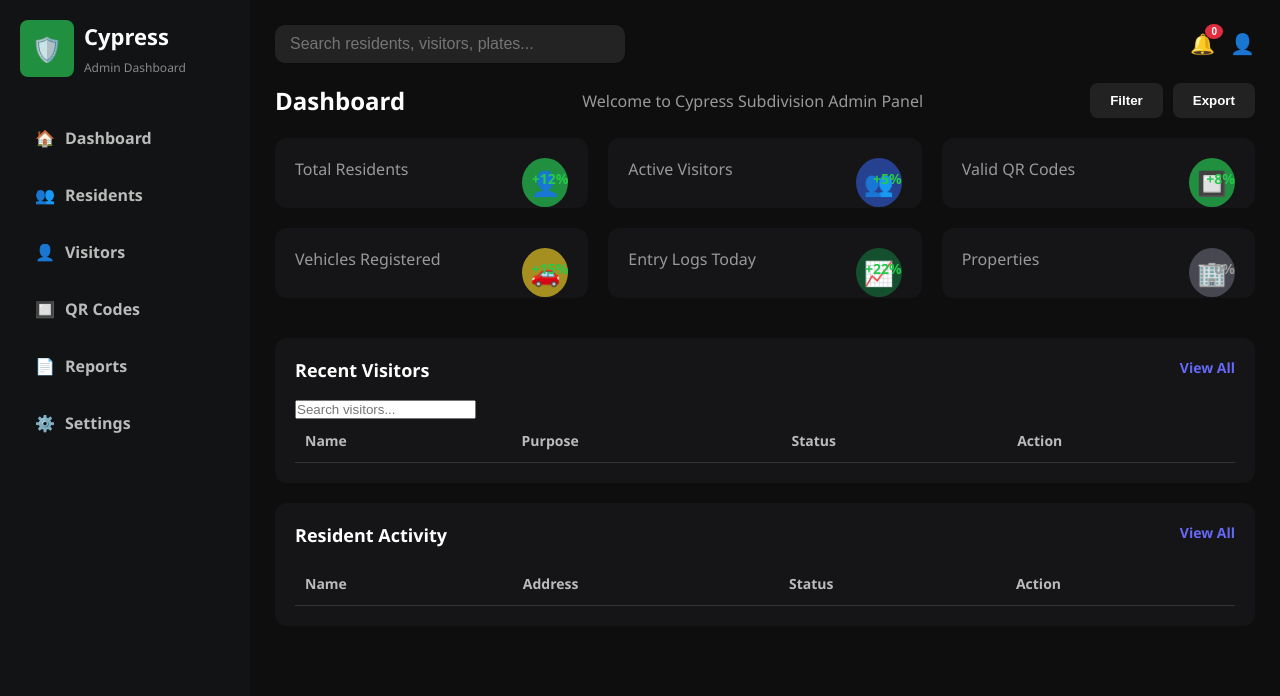
Repository: camuramon/my-project
Page: templates/admin/dashboard.html
An editor plug-in stored every save of this project. The page is shown before and after the next save, followed by the edit.
The browser window is 1280 px wide. The pictures show the whole page.
The template is drawn by Flask 3. The application's start-up code is not run. Other server files are loaded and not shown. The template is opened directly, without the code that normally fills it, so the values that code supplies are empty.

Above is the page before, as saved 2025-09-06 21:56:12.

### templates/admin/dashboard.html
<!DOCTYPE html>
<html lang="en">
<head>
  <meta charset="UTF-8" />
  <meta name="viewport" content="width=device-width, initial-scale=1.0" />
  <title>Cypress Admin Dashboard</title>
  <link rel="stylesheet" href="{{ url_for('static', filename='css/admin.css') }}">
  <link href="https://cdnjs.cloudflare.com/ajax/libs/font-awesome/6.0.0-beta3/css/all.min.css" rel="stylesheet" />
</head>
<body>
<div class="container">
  <aside class="sidebar">
    <div class="logo">
      <div class="icon">🛡️</div>
      <div class="title">
        <h2>Cypress</h2>
        <span>Admin Dashboard</span>
      </div>
    </div>
    <nav>
      <ul class="sidebar-menu">
        <li class="{% if request.path == url_for('admin_dashboard') %}active{% endif %}">
          <a href="{{ url_for('admin_dashboard') }}"><span class="icon">🏠</span> Dashboard</a>
        </li>
        <li class="{% if request.path == url_for('admin_residents') %}active{% endif %}">
          <a href="{{ url_for('admin_residents') }}"><span class="icon">👥</span> Residents</a>
        </li>
        <li class="{% if request.path == url_for('admin_visitors') %}active{% endif %}">
          <a href="{{ url_for('admin_visitors') }}"><span class="icon">👤</span> Visitors</a>
        </li>
        <li><a href="#"><span class="icon">🔲</span> QR Codes</a></li>
        <li class="{% if request.path == url_for('admin_reports') %}active{% endif %}">
          <a href="{{ url_for('admin_reports') }}"><span class="icon">📄</span> Reports</a>
        </li>
        <li class="{% if request.path == url_for('admin_settings') %}active{% endif %}">
          <a href="{{ url_for('admin_settings') }}"><span class="icon">⚙️</span> Settings</a>
        </li>
      </ul>
    </nav>
  </aside>

  <main class="main-content">
    <header class="top-bar">
      <div class="search-bar">
        <input type="search" placeholder="Search residents, visitors, plates..." />
      </div>
      <div class="top-icons">
        <button class="icon-btn">🔔<span class="notification-count">{{ notifications|length }}</span></button>
        <button class="icon-btn">👤</button>
      </div>
    </header>

    <section class="dashboard-header">
      <h1>Dashboard</h1>
      <p>Welcome to Cypress Subdivision Admin Panel</p>
      <div class="actions">
        <button class="filter-btn">Filter</button>
        <button class="export-btn">Export</button>
      </div>
    </section>

    <section class="stats-cards">
      <div class="card">
    <p>Total Residents</p>
    <h2>{{ total_residents }}</h2>
    <div class="card-icon green">👤</div>
    <span class="percentage positive">+12%</span>
</div>

<div class="card">
    <p>Active Visitors</p>
    <h2>{{ active_visitors }}</h2>
    <div class="card-icon blue">👥</div>
    <span class="percentage positive">+5%</span>
</div>

<div class="card">
    <p>Valid QR Codes</p>
    <h2>{{ valid_qr_codes }}</h2>
    <div class="card-icon green">🔲</div>
    <span class="percentage positive">+8%</span>
</div>

<div class="card">
    <p>Vehicles Registered</p>
    <h2>{{ total_vehicles }}</h2>
    <div class="card-icon yellow">🚗</div>
    <span class="percentage positive">+15%</span>
</div>

<div class="card">
    <p>Entry Logs Today</p>
    <h2>{{ entry_logs_today }}</h2>
    <div class="card-icon green-dark">📈</div>
    <span class="percentage positive">+22%</span>
</div>

<div class="card">
    <p>Properties</p>
    <h2>{{ total_properties }}</h2>
    <div class="card-icon gray">🏢</div>
    <span class="percentage neutral">0%</span>
</div>

    </section>

    <section class="tables-section">
      <div class="table-container">
        <h3>Recent Visitors <a href="#" class="view-all">View All</a></h3>
        <input type="text" id="visitorSearch" placeholder="Search visitors..." />
        <table id="visitorTable">
          <thead>
            <tr>
              <th>Name</th>
              <th>Purpose</th>
              <th>Status</th>
              <th>Action</th>
            </tr>
          </thead>
          <tbody>
            {% for visitor in visitors %}
            <tr>
              <td><strong>{{ visitor.fullName }}</strong></td>
              <td>{{ visitor.purpose }}</td>
              <td>
                <span class="status {% if visitor.status == 'Active' %}active{% else %}expired{% endif %}">
                  {{ visitor.status }}
                </span>
              </td>
              <td>👁️</td>
            </tr>
            {% endfor %}
          </tbody>
        </table>
      </div>

      <div class="table-container">
        <h3>Resident Activity <a href="#" class="view-all">View All</a></h3>
        <table>
          <thead>
            <tr>
              <th>Name</th>
              <th>Address</th>
              <th>Status</th>
              <th>Action</th>
            </tr>
          </thead>
          <tbody>
            {% for resident in residents %}
            <tr>
              <td><strong>{{ resident.fullName }}</strong></td>
              <td>{{ resident.address }}</td>
              <td><span class="status {% if resident.status == 'Active' %}active{% else %}suspended{% endif %}">{{ resident.status }}</span></td>
              <td>👁️</td>
            </tr>
            {% endfor %}
          </tbody>
        </table>
      </div>
    </section>
  </main>
  <script src="{{ url_for('static', filename='js/admin.js') }}"></script>
</body>
</html>

### static/css/admin.css
/* ===========================
   GENERAL RESET & BASE STYLES
=========================== */


* {
    box-sizing: border-box;
    margin: 0;
    padding: 0;
}

body {
    font-family: 'Segoe UI', Tahoma, Geneva, Verdana, sans-serif;
    background-color: #0e0e0f;
    color: #ddd;
    display: flex;
    min-height: 100vh;
}
html, body {
    height: 100%;
    width: 100%;
    margin: 0;
    padding: 0;
    overflow-x: hidden;
}

.container {
    display: flex;
    width: 100%;
    height: 100vh;
}


/* ===========================
   SIDEBAR
=========================== */
.sidebar {
    width: 250px;
    height: 100vh;
    background-color: #121314;
    padding: 20px;
    flex-shrink: 0;
}


.logo {
    display: flex;
    align-items: center;
    margin-bottom: 40px;
}

.logo .icon {
    background-color: #208f3f;
    padding: 12px;
    border-radius: 8px;
    font-size: 24px;
    color: white;
    margin-right: 10px;
}

.logo .title h2 {
    font-weight: 700;
    color: white;
    margin-bottom: 4px;
}

.logo .title span {
    font-size: 12px;
    color: #888;
}

.sidebar-menu {
    list-style: none;
    padding: 0;
}

.sidebar-menu li {
    margin: 15px 0;
}

.sidebar-menu li a {
    text-decoration: none;
    color: #bbb;
    font-weight: 600;
    display: flex;
    align-items: center;
    gap: 10px;
    font-size: 16px;
}

.sidebar-menu li a i {
    font-size: 18px;
}

.sidebar-menu li a {
    text-decoration: none;
    color: #bbb;
    font-weight: 600;
    display: flex;
    align-items: center;
    gap: 10px;
    font-size: 16px;
    padding: 10px 15px;
    border-radius: 8px;
    transition: background-color 0.3s ease, color 0.3s ease;
}

.sidebar-menu li.active a {
    background-color: #2a2a2e; /* darker bg for active item */
    color: white;
}

.sidebar-menu li.active a .icon {
    color: white;
}

.sidebar-menu li a:hover {
    background-color: #1d1d1f;
    color: white;
}


/* ===========================
   MAIN CONTENT
=========================== */
.main-content {
    flex-grow: 1;
    overflow-y: auto;
    padding: 25px;
    background-color: #0e0e0f;
}
/* ===========================
   HEADER / TOP BAR
=========================== */
.top-bar, .header {
    display: flex;
    justify-content: space-between;
    align-items: center;
    margin-bottom: 20px;
}

.search-bar input[type="search"] {
    width: 350px;
    padding: 10px 15px;
    border: none;
    border-radius: 10px;
    background-color: #232324;
    color: #ccc;
    font-size: 16px;
}

.top-icons, .header-icons {
    display: flex;
    gap: 15px;
}

.icon-btn, .notification-btn, .user-btn {
    background: none;
    border: none;
    color: #ccc;
    font-size: 20px;
    position: relative;
    cursor: pointer;
}

.notification-count {
    position: absolute;
    top: -8px;
    right: -8px;
    background-color: #e02e41;
    font-size: 10px;
    padding: 2px 6px;
    border-radius: 50%;
    color: white;
}

/* ===========================
   DASHBOARD HEADER & ACTIONS
=========================== */
.dashboard-header, .resident-section .sub-header {
    display: flex;
    justify-content: space-between;
    align-items: center;
    margin: 20px 0;
    flex-wrap: wrap;
}

.dashboard-header h1, .resident-section h2 {
    color: white;
}

.dashboard-header p, .resident-section .subtitle {
    color: #999;
    margin-left: 10px;
}

.actions, .buttons {
    display: flex;
    gap: 10px;
}

.filter-btn,
.export-btn,
.add-resident-btn {
    background-color: #222;
    border: none;
    color: white;
    padding: 10px 20px;
    border-radius: 8px;
    cursor: pointer;
    font-weight: 600;
}

.add-resident-btn {
    background-color: #208f3f;
}

.filter-btn:hover,
.export-btn:hover,
.add-resident-btn:hover {
    background-color: #333;
}

/* ===========================
   DASHBOARD CARDS
=========================== */
.stats-cards {
    display: flex;
    gap: 20px;
    flex-wrap: wrap;
    margin-bottom: 40px;
}

.card {
    background-color: #151517;
    border-radius: 12px;
    flex: 1 1 300px;
    padding: 20px;
    position: relative;
    color: #999;
}

.card p { margin-bottom: 8px; }

.card h2 { color: white; font-weight: 800; font-size: 28px; }

.card-icon {
    position: absolute;
    top: 20px;
    right: 20px;
    font-size: 24px;
    padding: 8px;
    border-radius: 100%;
    background-color: #333;
    color: white;
}

.card-icon.green { background-color: #208f3f; }
.card-icon.blue { background-color: #26418f; }
.card-icon.yellow { background-color: #a58f20; }
.card-icon.green-dark { background-color: #14502d; }
.card-icon.gray { background-color: #474751; }

.percentage {
    position: absolute;
    bottom: 20px;
    right: 20px;
    font-weight: 600;
    font-size: 14px;
}

.percentage.positive { color: #26ca4a; }
.percentage.neutral { color: #999; }

/* ===========================
   TABLES
=========================== */
.tables-section, .resident-directory {
    display: flex;
    gap: 20px;
    flex-wrap: wrap;
}

.table-container {
    background-color: #151517;
    padding: 20px;
    border-radius: 12px;
    flex: 1 1 500px;
    color: #bbb;
}

.table-container h3 {
    display: flex;
    justify-content: space-between;
    margin-bottom: 15px;
    color: white;
}

.view-all {
    color: #6668f8;
    font-weight: 600;
    text-decoration: none;
    font-size: 14px;
}

.view-all:hover { text-decoration: underline; }

table {
    width: 100%;
    border-collapse: collapse;
}

th, td {
    padding: 12px 10px;
    text-align: left;
    font-size: 14px;
}

thead tr { border-bottom: 1px solid #333; }
tbody tr:not(:last-child) { border-bottom: 1px solid #333; }
tbody tr:hover { background-color: #252527; }

/* ===========================
   STATUS BADGES
=========================== */
.status {
    padding: 5px 10px;
    border-radius: 20px;
    font-size: 12px;
    font-weight: 700;
    display: inline-block;
}

.status.active { background-color: #208f3f; color: white; }
.status.expired { background-color: #a5891e; color: white; }
.status.suspended { background-color: #7e1e1e; color: white; }
.status.inactive { background-color: #ff4d4f; color: white; }

.qr-status.valid { background-color: #208f3f; color: white; }
.qr-status.expired { background-color: #a5891e; color: white; }

/* ===========================
   BUTTONS, INPUTS, SELECT
=========================== */
button { cursor: pointer; border: none; border-radius: 6px; font-weight: 600; }

select, input[type="search"] {
    background-color: #232324;
    color: #ccc;
    border: 1px solid #333;
    padding: 8px 10px;
    border-radius: 6px;
}

/* ===========================
   HEADINGS & TEXT
=========================== */
h2 { font-size: 22px; margin-bottom: 5px; }
h3 { font-size: 18px; margin-bottom: 10px; }
.subtitle { color: #aaa; margin-bottom: 15px; }

strong { font-weight: 700; }

### static/js/admin.js
document.addEventListener('DOMContentLoaded', () => {

    // Toggle dark mode
    document.getElementById('darkModeToggle')?.addEventListener('click', () => {
        document.body.classList.toggle('dark-mode');
    });

    // Filter visitor records
    document.getElementById('visitorSearch')?.addEventListener('keyup', () => {
        const input = document.getElementById('visitorSearch');
        const filter = input.value.toLowerCase();
        const table = document.getElementById('visitorTable');
        const rows = table.getElementsByTagName('tr');

        for (let i = 1; i < rows.length; i++) {
            const cells = rows[i].getElementsByTagName('td');
            let found = false;
            for (let j = 0; j < cells.length; j++) {
                if (cells[j]) {
                    const txtValue = cells[j].textContent || cells[j].innerText;
                    if (txtValue.toLowerCase().indexOf(filter) > -1) {
                        found = true;
                        break;
                    }
                }
            }
            rows[i].style.display = found ? "" : "none";
        }
    });

    // Show modal
    window.showModal = function (modalId) {
        const modal = document.getElementById(modalId);
        modal.style.display = "block";
    };

    // Close modal
    window.closeModal = function (modalId) {
        const modal = document.getElementById(modalId);
        modal.style.display = "none";
    };

    // Close modal when clicking outside
    window.onclick = function (event) {
        const modals = document.getElementsByClassName('modal');
        for (let i = 0; i < modals.length; i++) {
            if (event.target === modals[i]) {
                closeModal(modals[i].id);
            }
        }
    };

    // Form validation
    function validateForm(formId) {
        const form = document.getElementById(formId);
        const inputs = form.getElementsByTagName('input');
        let valid = true;

        for (let i = 0; i < inputs.length; i++) {
            if (inputs[i].value === "") {
                valid = false;
                inputs[i].classList.add('error');
            } else {
                inputs[i].classList.remove('error');
            }
        }

        return valid;
    }

    // Add resident form submit
    document.getElementById('addResidentForm')?.addEventListener('submit', function (event) {
        event.preventDefault();
        if (validateForm('addResidentForm')) {
            alert('Resident added successfully!');
            closeModal('addResidentModal');
        } else {
            alert('Please fill in all fields.');
        }
    });

    // -----------------------------
    // 📦 STEP 4: Resident table functions
    // -----------------------------

    const searchInput = document.querySelector('input[placeholder*="Search"]');
    const statusSelect = document.querySelector('select'); // Adjust if needed
    const exportBtn = document.querySelector('.export-btn');
    const residentRows = Array.from(document.querySelectorAll('tbody tr'));

    // Search functionality
    searchInput?.addEventListener('input', () => {
        const query = searchInput.value.toLowerCase();
        residentRows.forEach(row => {
            const text = row.textContent.toLowerCase();
            row.style.display = text.includes(query) ? '' : 'none';
        });
    });

    // Filter by status
    statusSelect?.addEventListener('change', () => {
        const selectedStatus = statusSelect.value.toLowerCase();
        residentRows.forEach(row => {
            const accountStatus = row.querySelector('td:nth-child(7)')?.textContent.toLowerCase() || '';
            const qrStatus = row.querySelector('td:nth-child(8)')?.textContent.toLowerCase() || '';
            if (selectedStatus === 'all statuses' || accountStatus === selectedStatus || qrStatus === selectedStatus) {
                row.style.display = '';
            } else {
                row.style.display = 'none';
            }
        });
    });

    // Export CSV
    exportBtn?.addEventListener('click', () => {
        let csvContent = "Resident ID,Name,Email,Address,Contact,Vehicle,Account Status,QR Status\n";
        residentRows.forEach(row => {
            if (row.style.display !== 'none') {
                const cells = Array.from(row.querySelectorAll('td'));
                const rowData = cells.map(td => `"${td.textContent.trim()}"`).join(',');
                csvContent += rowData + "\n";
            }
        });

        const blob = new Blob([csvContent], { type: 'text/csv' });
        const url = window.URL.createObjectURL(blob);
        const a = document.createElement('a');
        a.setAttribute('href', url);
        a.setAttribute('download', 'residents.csv');
        a.click();
    });

    // Action buttons
    document.querySelector('tbody')?.addEventListener('click', (e) => {
        const btn = e.target;
        const row = btn.closest('tr');
        if (!row) return;

        if (btn.classList.contains('view-btn')) {
            alert(`Viewing details for: ${row.querySelector('td:nth-child(2)')?.textContent.trim()}`);
        } else if (btn.classList.contains('edit-btn')) {
            alert(`Editing details for: ${row.querySelector('td:nth-child(2)')?.textContent.trim()}`);
        } else if (btn.classList.contains('delete-btn')) {
            if (confirm('Are you sure you want to delete this resident?')) {
                row.remove();
            }
        }
    });

});

After the next save:
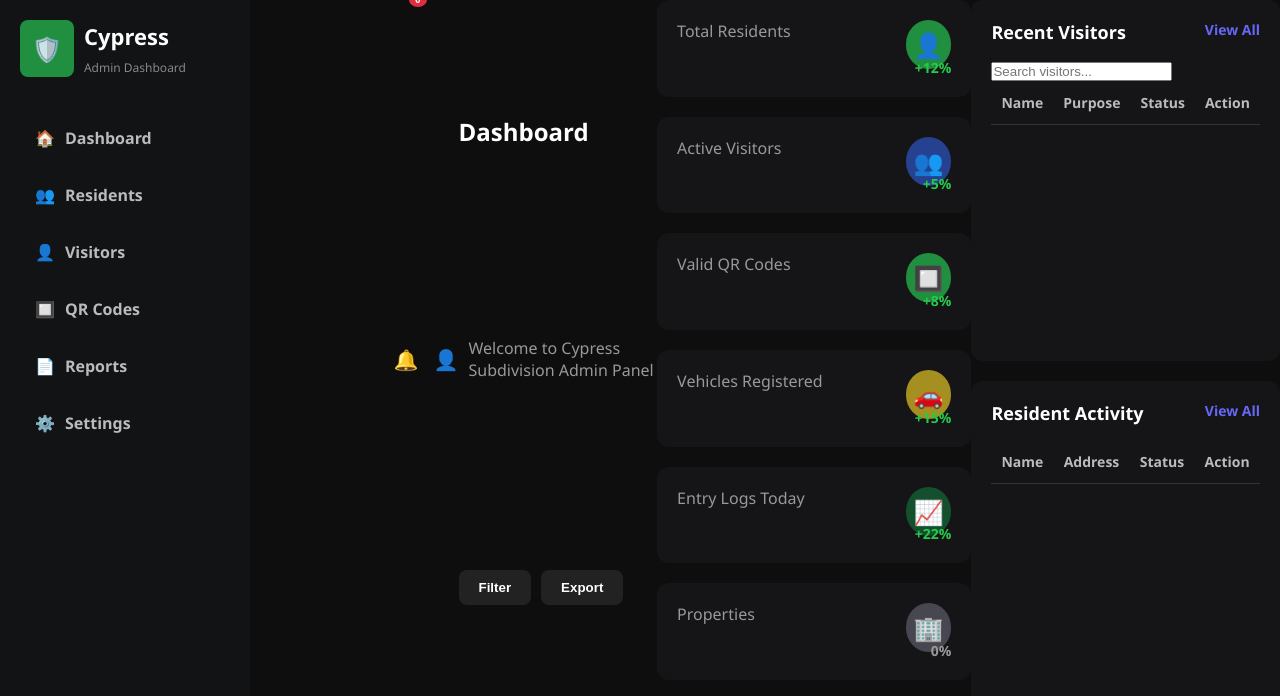
Saved 6 min 52 s later.
--- a/templates/admin/dashboard.html
+++ b/templates/admin/dashboard.html
@@ -41,8 +41,7 @@
 
   <main class="main-content">
     <header class="top-bar">
-      <div class="search-bar">
-        <input type="search" placeholder="Search residents, visitors, plates..." />
+
       </div>
       <div class="top-icons">
         <button class="icon-btn">🔔<span class="notification-count">{{ notifications|length }}</span></button>
